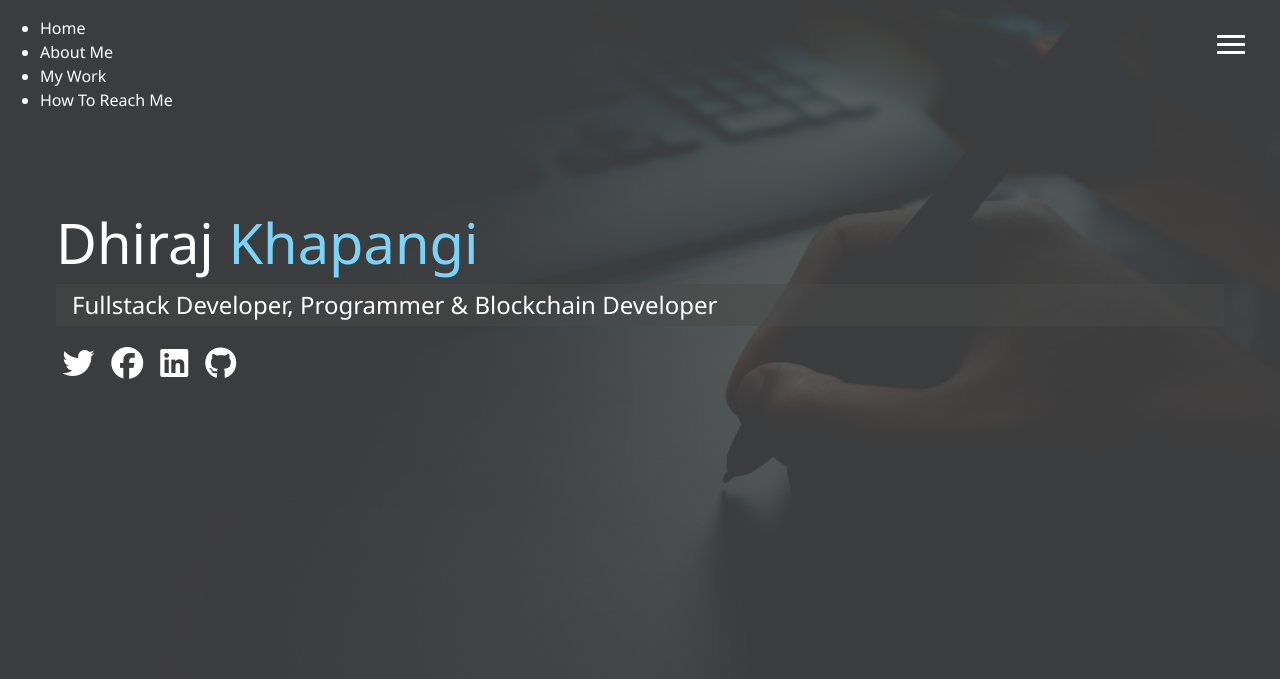
Repository: dhiraj13/modern_portfolio
Page: dist/index.html
An editor plug-in stored every save of this project. The page is shown before and after the next save, followed by the edit.
The browser window is 1280 px wide. The pictures show the whole page.
Some web libraries are served in a nearby version. The style sheet was rebuilt from its Sass, Less or Tailwind sources for each picture, by a compiler version that may differ from the author's.

Above is the page before, as saved 2020-02-01 19:12:59.

### dist/index.html
<!DOCTYPE html>
<html lang="en">
	<head>
		<meta charset="UTF-8" />
		<meta name="viewport" content="width=device-width, initial-scale=1.0" />
		<meta http-equiv="X-UA-Compatible" content="ie=edge" />
		<link rel="stylesheet" href="css/main.css" />
		<script
			src="https://kit.fontawesome.com/48fd9e03c9.js"
			crossorigin="anonymous"
		></script>
		<title>Welcome To My Portfolio</title>
	</head>
	<body id="bg-img">
		<header>
			<div class="menu-btn">
				<div class="btn-line"></div>
				<div class="btn-line"></div>
				<div class="btn-line"></div>
			</div>

			<nav class="menu">
				<div class="menu-branding">
					<div class="portrait"></div>
				</div>
				<ul class="menu-nav">
					<li class="nav-item">
						<a href="/" class="nav-link">
							Home
						</a>
					</li>
					<li class="nav-item">
						<a href="/about.html" class="nav-link">
							About Me
						</a>
					</li>
					<li class="nav-item">
						<a href="/work.html" class="nav-link">
							My Work
						</a>
					</li>
					<li class="nav-item">
						<a href="/contact.html" class="nav-link">
							How To Reach Me
						</a>
					</li>
				</ul>
			</nav>
		</header>

		<main id="home">
			<h1 class="lg-heading">
				Dhiraj <span class="text-secondary">Khapangi</span>
			</h1>
			<h2 class="sm-heading">
				Fullstack Developer, Programmer & Blockchain Developer
			</h2>
			<div class="icons">
				<a href="#!">
					<i class="fab fa-twitter fa-2x"></i>
				</a>
				<a href="#!">
					<i class="fab fa-facebook fa-2x"></i>
				</a>
				<a href="#!">
					<i class="fab fa-linkedin fa-2x"></i>
				</a>
				<a href="#!">
					<i class="fab fa-github fa-2x"></i>
				</a>
			</div>
		</main>
		<script src="js/main.js"></script>
	</body>
</html>

### dist/js/main.js
// Select DOM Items
const menuBtn = document.querySelector('.menu-btn');
const menu = document.querySelector('.menu');
const menuBranding = document.querySelector('.menu-branding');
const menuNav = document.querySelector('.menu-nav');
const navItems = document.querySelectorAll('.nav-item');

// Set Initial State Of Menu
let showMenu = false;

menuBtn.addEventListener('click', toggleMenu);

function toggleMenu() {
	if (!showMenu) {
		menuBtn.classList.add('close');
		menu.classList.add('show');
		menuBranding.classList.add('show');
		menuNav.classList.add('show');
		navItems.forEach(item => item.classList.add('show'));

		// Set Menu State
		showMenu = true;
	} else {
		menuBtn.classList.remove('close');
		menu.classList.remove('show');
		menuBranding.classList.remove('show');
		menuNav.classList.remove('show');
		navItems.forEach(item => item.classList.remove('show'));

		// Set Menu State
		showMenu = false;
	}
}

### scss/main.scss
@import 'config';
@import 'menu';

* {
	box-sizing: border-box;
}

body {
	@include background;
	background: $primary-color;
	color: #fff;
	height: 100%;
	margin: 0;
	font-family: 'Segoe UI', Tahoma, Geneva, Verdana, sans-serif;
	line-height: 1.5;
}

// Headings
h1,
h2,
h3 {
	margin: 0;
	font-weight: 400;

	&.lg-heading {
		font-size: 3.5rem;
	}

	&.sm-heading {
		margin-bottom: 1.3rem;
		padding: 0.2rem 1rem;
		background: rgba(lighten($primary-color, 2), 0.5);
	}
}

a {
	color: #fff;
	text-decoration: none;
}

header {
	position: fixed;
	z-index: 2;
	width: 100%;
}

.text-secondary {
	color: $secondary-color;
}

main {
	padding: 3.5rem;
	height: 100%;

	.icons {
		margin-top: 1rem;

		a {
			padding: 0.4rem;

			&:hover {
				color: $secondary-color;
				@include easeOut();
			}
		}
	}

	&#home {
		overflow: hidden;
		h1 {
			margin-top: 20vh;
		}
	}
}

### scss/_config.scss
$primary-color: #444;
$secondary-color: #7bd3f7;
$show-home-image: true;
$home-image: url(../img/background.jpg);
$background-opacity: 0.8;

@mixin easeOut {
	transition: all 0.5s ease-out;
}

@mixin background {
	@if $show-home-image {
		&#bg-img {
			background: $home-image;
			background-attachment: fixed;
			background-size: cover;

			&:after {
				content: '';
				position: absolute;
				top: 0;
				right: 0;
				width: 100%;
				height: 100%;
				z-index: -1;
				background: rgba($primary-color, $background-opacity);
			}
		}
	}
}

### scss/_menu.scss
// Menu Button
.menu-btn {
	position: absolute;
	z-index: 3;
	right: 35px;
	top: 35px;
	cursor: pointer;
	@include easeOut;

	.btn-line {
		width: 28px;
		height: 3px;
		margin: 0 0 5px 0;
		background: #fff;
		@include easeOut;
	}

	// Rotate Into X With Menu Lines
	&.close {
		transform: rotate(180deg);

		.btn-line {
			// Line 1 - Rotate
			&:nth-child(1) {
				transform: rotate(45deg) translate(5px, 5px);
				background: $secondary-color;
			}

			// Line 2 - Hide
			&:nth-child(2) {
				opacity: 0;
			}

			// Line 3 - Rotate
			&:nth-child(3) {
				transform: rotate(-45deg) translate(7px, -6px);
				background: $secondary-color;
			}
		}
	}
}

After the next save:
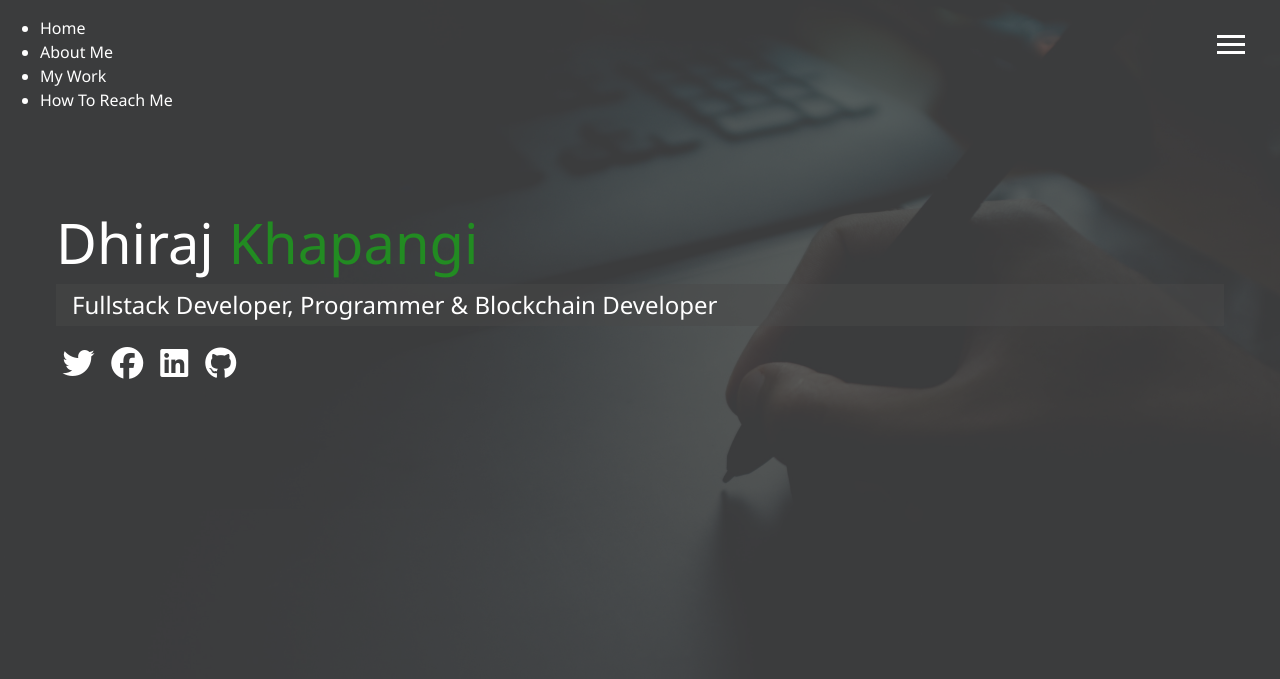
Saved 19 s later.
--- a/scss/_config.scss
+++ b/scss/_config.scss
@@ -1,5 +1,5 @@
 $primary-color: #444;
-$secondary-color: #7bd3f7;
+$secondary-color: #228b22;
 $show-home-image: true;
 $home-image: url(../img/background.jpg);
 $background-opacity: 0.8;
